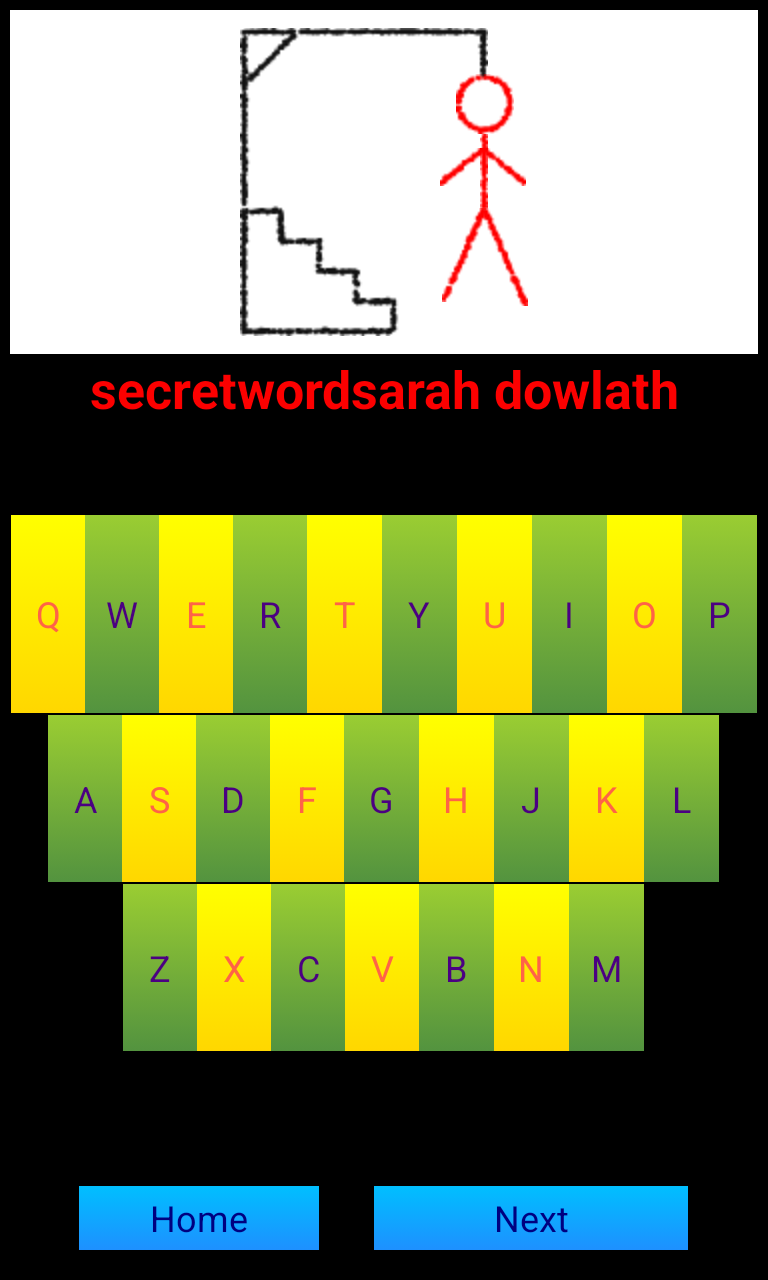
Repository: SarahDowlath/TriniHangman
Layout: workspace3/Trini-Hangman/res/layout/game.xml
These files come from the project's save history. The layout is drawn as it stood at one moment and after the next save; the edit follows.
It is drawn on a 768 x 1280 px phone screen (xhdpi) without system bars, with theme AppTheme; the app's code is not run.

Above is the layout before, as saved 2014-07-07 03:59:13.

After the next save:
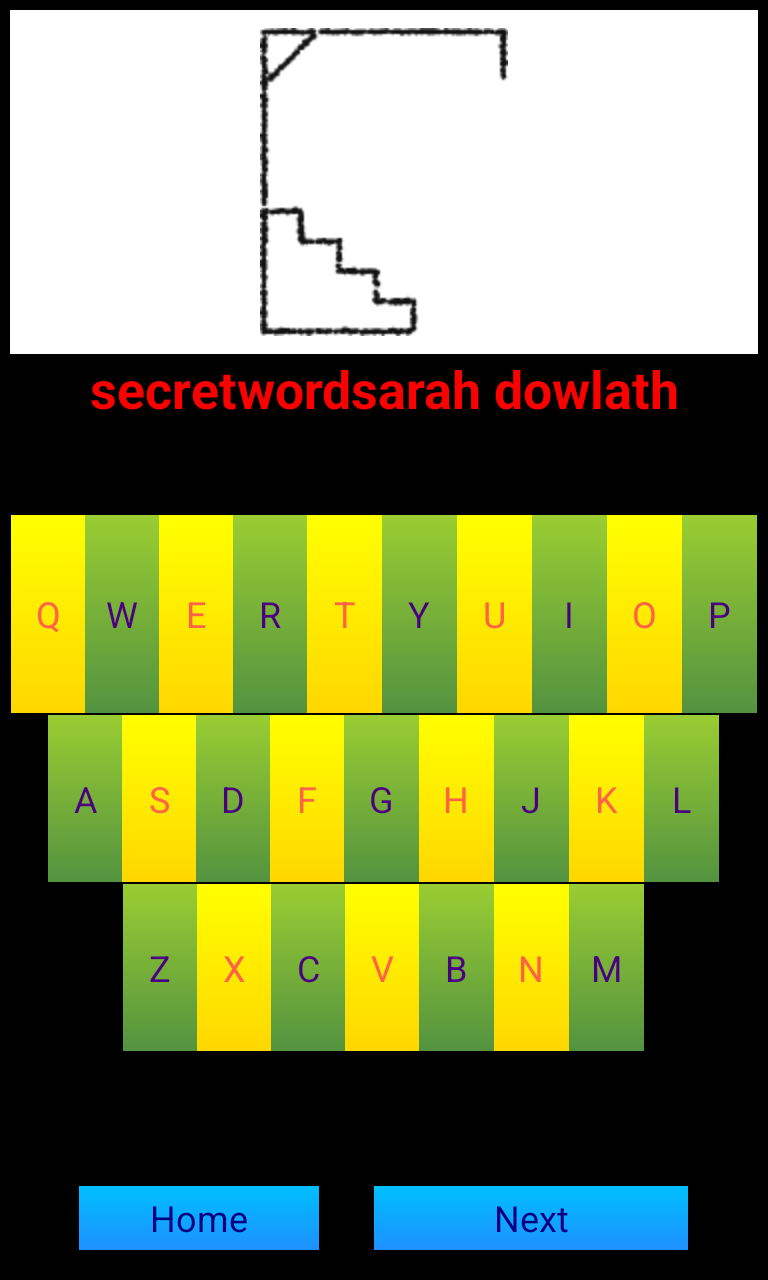
Saved 16 min 20 s later.
--- a/workspace3/Trini-Hangman/res/layout/game.xml
+++ b/workspace3/Trini-Hangman/res/layout/game.xml
@@ -31,7 +31,7 @@
             android:paddingTop="0dp"
             android:src="@drawable/android_hangman_gallows" />
 
-        <ImageView
+        <!-- <ImageView
             android:id="@+id/body"
             android:layout_width="wrap_content"
             android:layout_height="wrap_content"
@@ -87,7 +87,7 @@
             android:paddingLeft="108dp"
             android:paddingTop="23dp"
             android:src="@drawable/android_hangman_head" />
-
+ -->
     </RelativeLayout>
 
     <LinearLayout
